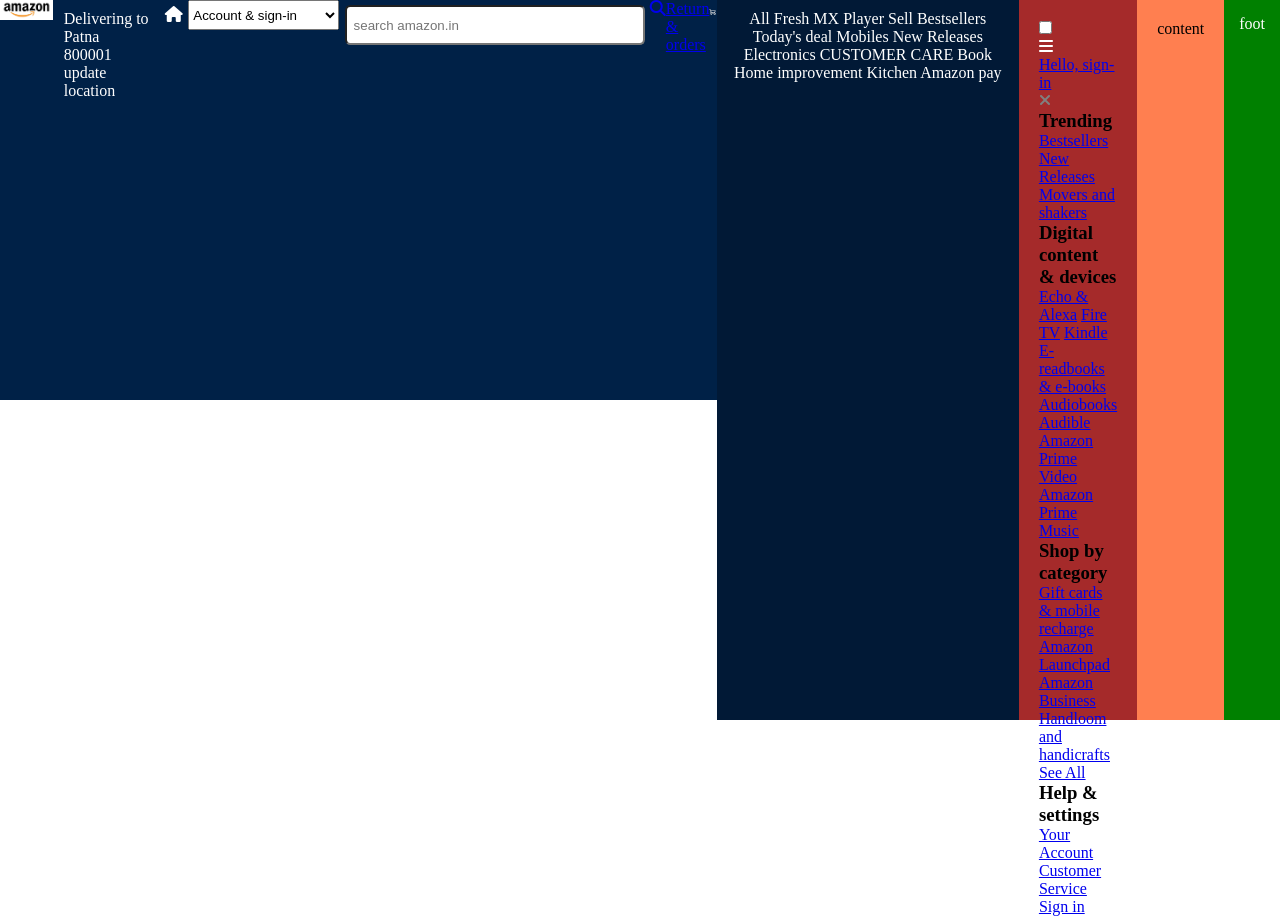
Repository: sristigupta04/basic-js-project
Page: amazon/ami.html
An editor plug-in stored every save of this project. The page is shown before and after the next save, followed by the edit.
The browser window is 1280 px wide. The pictures show the whole page.

Above is the page before, as saved 2025-11-02 00:43:35.

After the next save:
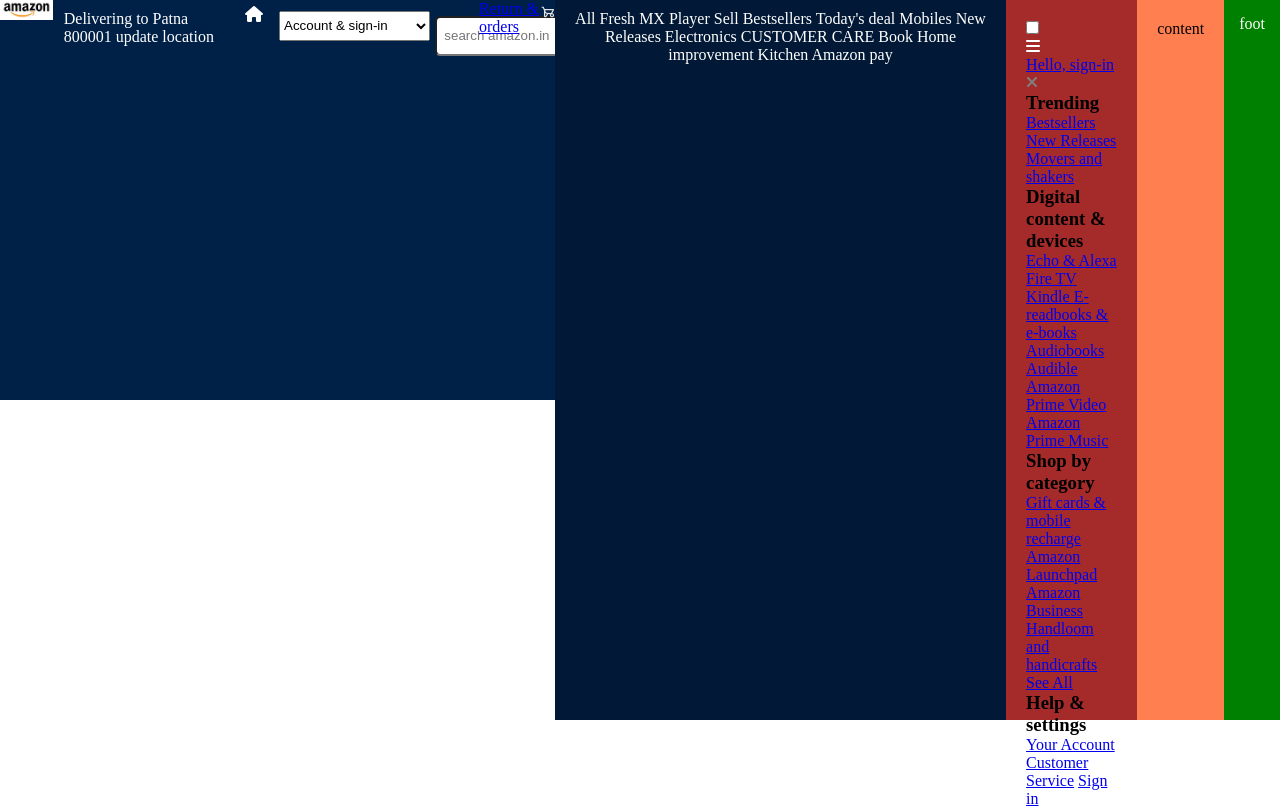
Saved 6 s later.
--- a/amazon/ami.css
+++ b/amazon/ami.css
@@ -41,7 +41,7 @@
 .tool{
   display: flex;;
 }
-]
+
 .navbar .tool{
   height:300px;
   width:200px;;
